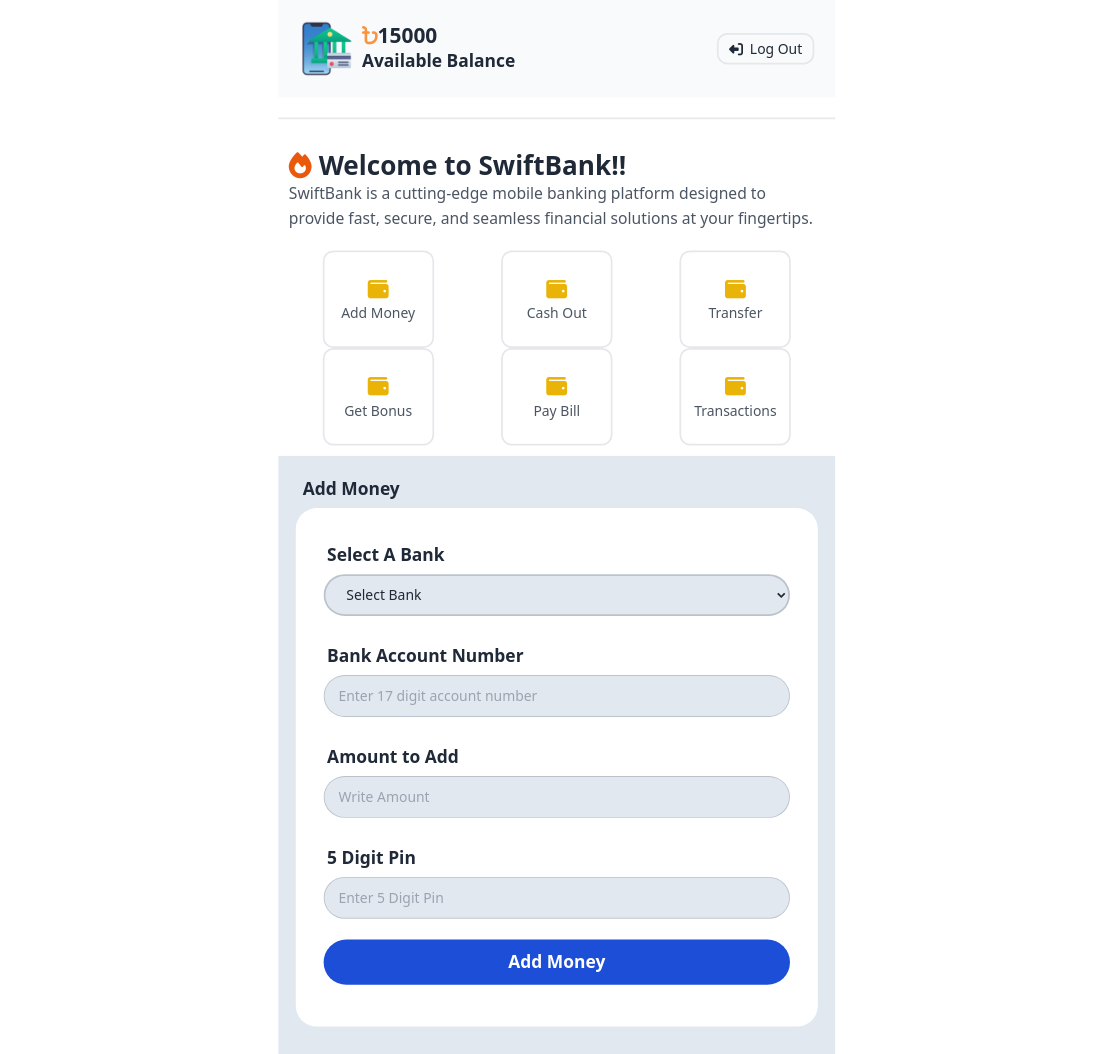
Repository: mukaddam-coder/swift-bank-mobile-banking
Page: home.html
An editor plug-in stored every save of this project. The page is shown before and after the next save, followed by the edit.
The browser window is 1280 px wide. The pictures show the whole page, at 87% of full size.
Some web libraries are served in a nearby version.

Above is the page before, as saved 2024-12-16 21:20:43.

### home.html
<!DOCTYPE html>
<html lang="en">
<head>
    <meta charset="UTF-8">
    <meta name="viewport" content="width=device-width, initial-scale=1.0">
    <title>SwiftBank</title>
    <!-- Fontawesome CDN -->
    <script src="https://kit.fontawesome.com/c4e7b2ed2f.js" crossorigin="anonymous"></script>
    <!-- Google Fonts -->
    <link rel="preconnect" href="https://fonts.googleapis.com">
    <link rel="preconnect" href="https://fonts.gstatic.com" crossorigin>
    <link href="https://fonts.googleapis.com/css2?family=Montserrat:ital,wght@0,100..900;1,100..900&display=swap" rel="stylesheet">
    <!-- Tailwind + DaisyUi CDN -->
    <link href="https://cdn.jsdelivr.net/npm/daisyui@4.12.19/dist/full.min.css" rel="stylesheet" type="text/css" />
    <script src="https://cdn.tailwindcss.com"></script>

</head>
<body>

<main>
  <div class="w-1/2 mx-auto p-6 bg-slate-50 h-full flex justify-between items-center">
    <div class="flex gap-2">
        <!-- Logo -->
    <div>
    <img class="w-16 h-16" src="images/mobile-banking.png">
    </div>
    <div>
   <h2 class="text-2xl font-bold" id="main-balance">
   <i class="fa-solid fa-bangladeshi-taka-sign text-orange-400"></i>15000</h2>
   <p class="font-semibold text-xl">Available Balance</p>
</div>
</div>
<div>
<button class="border-2 w-28 px-1 py-1 rounded-xl"> <i class="fa-solid fa-right-from-bracket rotate-180 mr-2"></i>Log Out</button>
</div>
        </div>
    <div class="divider w-1/2 mx-auto"></div>
    <!-- Greetings Section -->
        <section class="w-1/2 mx-auto p-3">
            <h1 class="font-bold text-3xl"><i class="fa-solid fa-fire text-orange-600 text-3xl mr-2"></i>Welcome to SwiftBank!!</h1>
            <p class="text-gray-600 text-lg">
                SwiftBank is a cutting-edge mobile banking platform designed to provide fast, secure, and seamless financial solutions at your fingertips.
            </p>
        </section>
     <!-- User Actionable Dashboard -->

     <section class="w-1/2 mx-auto">
        <div class="grid grid-cols-3 p-3 text-center">
          <div class=>
            <button id="show-add-money-section" class="border-2 w-32 h-28 rounded-xl bg-white text-gray-600">
            <p>
              <i class="fa-solid fa-wallet text-yellow-500 text-2xl"></i>
            </p>
            Add Money
           </button>
        </div>
          <div class>
             <button id="show-cash-out-section" class="border-2 w-32 h-28 rounded-xl bg-white text-gray-600">
              <p><i class="fa-solid fa-wallet text-yellow-500 text-2xl"></i></p>
                Cash Out
              </button>
            </div>
          <div>
          <button id="show-money-transfer-section" class="border-2 w-32 h-28 rounded-xl bg-white text-gray-600">
              <p><i class="fa-solid fa-wallet text-2xl text-yellow-500"></i></p>
                Transfer
              </button>
            </div>
          <div class="">
        <button id="show-get-bonus-section" class="border-2 w-32 h-28 rounded-xl bg-white text-gray-600">
            <p><i class="fa-solid fa-wallet text-2xl text-yellow-500"></i></p>
                Get Bonus
            </button>
          </div>
        <div class="">
          <button id="show-pay-bill-section" class="border-2 w-32 h-28 rounded-xl bg-white text-gray-600">
              <p><i class="fa-solid fa-wallet text-2xl text-yellow-500"></i></p>
                      Pay Bill
            </button>
          </div>
        <div class="">
          <button id="show-transaction-history" class="border-2 w-32 h-28 rounded-xl bg-white text-gray-600">
              <p><i class="fa-solid fa-wallet text-2xl text-yellow-500"></i></p>
                      Transactions
              </button>
            </div>

        </div>
      </section>
      <!-- Add Money Section Start -->
      <section id ="add-money-section" class="w-1/2 mx-auto px-5 py-4 bg-slate-200">
        <h2 class="p-2 font-bold text-xl">Add Money</h2>
        <form class="card-body bg-white rounded-3xl">
            <div class="form-control mb-4">
              <label class="label">
                <span class="label-text font-semibold text-xl">Select A Bank</span>
              </label>
              <select id="bank"  class="input-bordered rounded-full bg-slate-200 h-12 px-5 border-2">
                <option value="Select Bank">Select Bank</option>
                <option value="AB Bank PLC">AB Bank PLC</option>
                <option value="Bangladesh Commerce Bank Limited">Bangladesh Commerce Bank Limited</option>
                <option value="Islami Bank Bangladesh PLC">Islami Bank Bangladesh PLC</option>
                <option value="Dutch-Bangla Bank PLC">Dutch-Bangla Bank PLC</option>
                <option value="Jamuna Bank Limited">Jamuna Bank Limited</option>
                <option value="Trust Bank PLC">Trust Bank PLC</option>
              </select>
              </div>
            <div class="form-control mb-4">
              <label class="label">
                <span class="label-text font-semibold text-xl">Bank Account Number</span>
              </label>
              <input id="input-bank-account-field" type="text" placeholder="Enter 17 digit account number" class="input input-bordered rounded-full bg-slate-200" required />
            </div>
            <div class="form-control mb-4">
              <label class="label">
                <span class="label-text font-semibold text-xl">Amount to Add</span>
              </label>
              <input id="input-amount-field" type="text" placeholder="Write Amount" class="input input-bordered rounded-full bg-slate-200" required />
              </div>
            <div class="form-control mb-4">
              <label class="label">
                <span class="label-text font-semibold text-xl">5 Digit Pin</span>
              </label>
              <input id="input-add-money-pin-number" type="password" placeholder="Enter 5 Digit Pin" class="input input-bordered rounded-full bg-slate-200" required />
              </div>
            <div class="form-control mb-4">
              <button id="btn-add-money" class="bg-blue-700 font-bold text-xl text-white p-3 rounded-full">Add Money</button>
            </div>
          </form>
          <!-- Result Message -->
        <p id="result-message" class="text-center font-bold text-lg mt-4"></p>
      </section>
      <!-- Add Money Section End -->

      <!-- Cash Out Section Start -->
      <section id ="cash-out-section" class="hidden w-1/2 mx-auto px-5 py-4 bg-slate-200">
        <h2 class="p-2 font-bold text-xl">Cash Out</h2>
        <form class="card-body bg-white rounded-3xl">
            <div class="form-control mb-4">
              <label class="label">
                <span class="label-text font-semibold text-xl">Agent Number</span>
              </label>
              <input type="number" id="input-cash-out-phone" placeholder="Enter 11 digit number" class="input input-bordered rounded-full bg-slate-200" maxlength="11" required >
              </div>
             <div class="form-control mb-4">
              <label class="label">
                <span class="label-text font-semibold text-xl">Withdrawal Amount</span>
              </label>
              <input id="input-cash-out-field" type="text" placeholder="Write Amount" class="input input-bordered rounded-full bg-slate-200" required />
            </div>
            <div class="form-control mb-4">
              <label class="label">
                <span class="label-text font-semibold text-xl">5 Digit Pin</span>
              </label>
              <input id="input-cash-out-pin-number" type="password" placeholder="Enter 5 Digit Pin" class="input input-bordered rounded-full bg-slate-200" required />
              </div>
          <div class="form-control mb-4">
              <button id="btn-cash-out" class="bg-blue-700 font-bold text-xl text-white p-3 rounded-full">Cash Out</button>
            </div>
          </form>
      </section>
     <!-- Cash Out Section End -->

     <!-- Money Transfer Section Start -->
     <section id ="money-transfer-section" class="hidden w-1/2 mx-auto px-5 py-4 bg-slate-200">
      <h2 class="p-2 font-bold text-xl">Money Transfer</h2>
      <form class="card-body bg-white rounded-3xl">
          <div class="form-control mb-4">
            <label class="label">
              <span class="label-text font-semibold text-xl">User Account Number</span>
            </label>
            <input type="number" id="input-money-transfer-number" placeholder="Enter 11 digit number" class="input input-bordered rounded-full bg-slate-200" maxlength="11" required >
            </div>
           <div class="form-control mb-4">
            <label class="label">
              <span class="label-text font-semibold text-xl">Amount</span>
            </label>
            <input id="input-money-transfer-amount" type="text" placeholder="Enter Amount to transfer" class="input input-bordered rounded-full bg-slate-200" required />
          </div>
          <div class="form-control mb-4">
            <label class="label">
              <span class="label-text font-semibold text-xl">5 Digit Pin</span>
            </label>
            <input id="input-money-transfer-pin" type="password" placeholder="Enter 5 Digit Pin" class="input input-bordered rounded-full bg-slate-200" required />
            </div>
           <div class="form-control mb-4">
            <button id="btn-money-transfer" class="bg-blue-700 font-bold text-xl text-white p-3 rounded-full">Send Now</button>
          </div>
        </form>
    </section>
     <!-- Money Transfer Section End -->

     <!-- Get Bonus Section Start -->
     <section id ="get-bonus-section" class="hidden w-1/2 mx-auto px-5 py-4 bg-slate-200">
      <h2 class="p-2 font-bold text-xl">Get Bonus</h2>
      <form class="card-body bg-white rounded-3xl">
          <div class="form-control mb-4">
            <label class="label">
              <span class="label-text font-semibold text-xl">Bonus Coupon</span>
            </label>
            <input type="text" id="input-bonus-coupon" placeholder="Enter coupon code" class="input input-bordered rounded-full bg-slate-200" maxlength="11" required >
            </div>

           <div class="form-control mb-4">
            <button id="btn-get-bonus" class="bg-blue-700 font-bold text-xl text-white p-3 rounded-full">Get Bonus</button>
          </div>
        </form>
    </section>
     <!-- Get Bonus Section End -->

     <!-- Pay Bill Section Start -->
     <section id ="pay-bill-section" class="hidden w-1/2 mx-auto px-5 py-4 bg-slate-200">
      <h2 class="p-2 font-bold text-xl">Pay Bill</h2>
      <form class="card-body bg-white rounded-3xl">
          <div class="form-control mb-4">
            <label class="label">
              <span class="label-text font-semibold text-xl">Select to Pay</span>
            </label>
            <select id="payment-list"  class="input-bordered rounded-full bg-slate-200 h-12 px-5 border-2">
              <option value="Select option">Select Payment Option</option>
              <option value="Electricity Bill">Electricity Bill</option>
              <option value="Gas Bill">Gas Bill</option>
              <option value="Water Bill">Water Bill</option>
              <option value="Internet Bill">Internet Bill</option>
              <option value="Mobile Recharge">Mobile Recharge</option>
              <option value="Tax Payments">Tax Payments</option>
              <option value="College/University Tuition Fees">College/University Tuition Fees</option>
              <option value="Bus/Train Tickets">Bus/Train Tickets</option>
              <option value="Bus/Train Tickets">Passport or Visa Fees</option>
              <option value="Credit Card Bill Payments">Credit Card Bill Payments</option>
            </select>
            </div>
           <div class="form-control mb-4">
            <label class="label">
              <span class="label-text font-semibold text-xl">Billar Account Number</span>
            </label>
            <input id="input-billar-account-number-field" type="text" placeholder="Enter account number" class="input input-bordered rounded-full bg-slate-200" required />
            </div>
          <div class="form-control mb-4">
            <label class="label">
              <span class="label-text font-semibold text-xl">Amount to Pay</span>
            </label>
            <input id="input-pay-bill-amount-field" type="number" placeholder="Write Amount" class="input input-bordered rounded-full bg-slate-200" required />
            </div>
          <div class="form-control mb-4">
            <label class="label">
              <span class="label-text font-semibold text-xl">5 Digit Pin</span>
            </label>
            <input id="input-pay-bill-pin-number" type="password" placeholder="Enter 5 Digit Pin" class="input input-bordered rounded-full bg-slate-200" required />
            </div>
          <div class="form-control mb-4">
            <button id="btn-pay-bill" class="bg-blue-700 font-bold text-xl text-white p-3 rounded-full">Pay Now</button>
          </div>
        </form>
        <!-- Result Message -->
        <p id="result-message" class="text-center font-bold text-lg mt-4"></p>
    </section>
     <!-- Pay Bill Section End -->

     <!-- Transaction History Start -->
     <section id ="transaction-history-section" class="hidden w-1/2 mx-auto px-5 py-4 bg-slate-200">
      <div class="flex justify-between items-center">
        <h2 class="p-2 font-bold text-xl">Transaction History</h2>
        <p class="p-2">
          <a href="#">View All</a>
        </p>
      </div>

      <div id="transaction-container">

      </div>
    </section>
     <!-- Transaction History End -->
      <script src="Jscript/utilities.js"></script>
      <script src="Jscript/add-money.js"></script>
      <script src="Jscript/cash-out.js"></script>
      <script src="Jscript/features.js"></script>
      <script src="Jscript/money-transfer.js"></script>
      <script src="Jscript/bonus.js"></script>
      <script src="Jscript/pay-bill.js"></script>
       </main>

</body>
</html>

### Jscript/utilities.js
function getInputFieldValueById(id){
    const inputValue = document.getElementById(id).value;
    const inputNumber = parseFloat(inputValue);
    return inputNumber;
}


function getTextFieldValueById(id){
    const textValue = document.getElementById(id).innerText;
    const textNumber = parseFloat(textValue);
    return textNumber;
}

function showSectionById(id){
    // Hide all the section
    document.getElementById('add-money-section').classList.add('hidden');
    document.getElementById('cash-out-section').classList.add('hidden');
    document.getElementById('money-transfer-section').classList.add('hidden');
    document.getElementById('get-bonus-section').classList.add('hidden');
    document.getElementById('pay-bill-section').classList.add('hidden');
//    Show the section with the provided id
    document.getElementById(id).classList.remove('hidden');
};

### Jscript/add-money.js
document.getElementById('btn-add-money').addEventListener('click', function(event){
    event.preventDefault();
   const bankList = document.getElementById('bank').value;
   const addMoney = getInputFieldValueById('input-amount-field');
   const pinNumber = getInputFieldValueById('input-add-money-pin-number');
   const bankAccNumber = getInputFieldValueById('input-bank-account-field');
   const mainBalance = getTextFieldValueById('main-balance');


    if(isNaN(addMoney)){
        alert('Please enter a positive number to add money.');
        return;
    }

    if(addMoney <= 0 ){
        alert('Please enter a positive number to add money.')
    }

   if(pinNumber === 19945 && bankAccNumber >= 6){
        const newBalance = mainBalance + addMoney;
        document.getElementById('main-balance').innerText = newBalance;
        // Get Transaction time
        const transactionTime = new Date();
        const formattedTime = transactionTime.toLocaleString();

        // Add to transaction histoy
       const transactionDiv = document.createElement('div');
               transactionDiv.classList.add('bg-white', 'rounded-xl', 'p-4', 'mb-4');
               transactionDiv.innerHTML = `
                   <div class = "flex justify-between items-center gap-1">
                       <div class="flex w-1/3">
                       <p><i class="fa-solid fa-wallet text-2xl text-yellow-500 rounded-full bg-slate-200 px-3 py-2"></i></p>
                       <h2 class="p-1 font-bold text-xl text-center">Add Money</h2>
                       </div>
                       <div class="flex-1">
                       <p class="text-md"><span class ="font-bold text-green-600">From ${bankList}</span> BDT: ${addMoney} was added to your account, and your new balance is BDT: ${newBalance}</p>
                       <p class="text-sm text-gray-500 font-bold">Transaction Time: ${formattedTime}</p>
                       </div>
                    </div>`;

               // Append transaction to the transaction history container
               document.getElementById('transaction-container').appendChild(transactionDiv);
         }

   else{
    alert('Failed to add money!Please try again.')
   }
})

### Jscript/cash-out.js
document.getElementById('btn-cash-out').addEventListener('click', function(event){
    event.preventDefault();
    const cashOut = getInputFieldValueById('input-cash-out-field');
    const cashOutPin = getInputFieldValueById('input-cash-out-pin-number');
    const agentNumber = getInputFieldValueById('input-cash-out-phone');
    const mainBalance = getTextFieldValueById('main-balance');


    if(isNaN(cashOut)){
        alert('Please enter a positive number to cash out.')
        return;
    }
    if(cashOut <= 0){
        alert('Please enter a valid amount to cash out.')
        return;
    }

    if(cashOut > mainBalance){
        alert('You do not have sufficient balance to cash out.');
        return;
    }

    if(cashOutPin === 19945 && agentNumber === 1735109219){

        const newBalance = mainBalance - cashOut;
     document.getElementById('main-balance').innerText = newBalance;

     // Get Transaction time
     const transactionTime = new Date();
     const formattedTime = transactionTime.toLocaleString();

     // Add to transaction histoy
    const transactionDiv = document.createElement('div');
            transactionDiv.classList.add('bg-white', 'rounded-xl', 'p-4', 'mb-4');
            transactionDiv.innerHTML = `
                <div class = "flex justify-between items-center gap-1">
                    <div class="flex w-1/3">
                    <p><i class="fa-solid fa-wallet text-2xl text-yellow-500 rounded-full bg-slate-200 px-3 py-2"></i></p>
                    <h2 class="p-1 font-bold text-xl text-center">Cash Out</h2>
                    </div>
                    <div class="flex-1">
                    <p class="text-md"><span class ="font-bold text-green-600">Cash out to${agentNumber}</span> BDT: ${cashOut} was successful, and your new balance is BDT: ${newBalance}.</p>
                    <p class="text-sm text-gray-500 font-bold">Transaction Time: ${formattedTime}</p>
                    </div>
                 </div>`;

            // Append transaction to the transaction history container
            document.getElementById('transaction-container').appendChild(transactionDiv);
    }
    else{
        alert('Failed to cash out! Please try again.')
    }
})

### Jscript/features.js

// The add money section will show when the add money button is clicked.
document.getElementById('show-add-money-section').addEventListener('click', function(){
    showSectionById('add-money-section');
});

// The cash-out section will show when the cash-out button is clicked.
document.getElementById('show-cash-out-section').addEventListener('click', function(){
    showSectionById('cash-out-section')
});

// The money transfer section will show when the money transfer button is clicked.

document.getElementById('show-money-transfer-section').addEventListener('click', function(){
    showSectionById('money-transfer-section');
});


document.getElementById('show-get-bonus-section').addEventListener('click', function(){
    showSectionById('get-bonus-section');
});

document.getElementById('show-pay-bill-section').addEventListener('click', function(){
    showSectionById('pay-bill-section');
});


document.getElementById('show-transaction-history').addEventListener('click', function(){
    showSectionById('transaction-history-section');
})

### Jscript/bonus.js
document.getElementById('btn-get-bonus').addEventListener('click', function(event){
    event.preventDefault();
    const getBonusInput = document.getElementById('input-bonus-coupon').value.trim();
    const mainBalanceText = document.getElementById('main-balance').innerText;
    const mainBalance = parseFloat(mainBalanceText);
    const couponCode = 'BONUS10';

    if(getBonusInput === couponCode){
        const bonusAmount = 100;
        const newBalance = mainBalance + bonusAmount;
        document.getElementById('main-balance').innerText = newBalance;
    }
    else{
        alert('Invalid Coupon Code! Please try again.')
    }
})

### Jscript/pay-bill.js
document.getElementById('btn-pay-bill').addEventListener('click', function(event){
         event.preventDefault();

         const paymentList = document.getElementById('payment-list').value;
         const accountNumber = getInputFieldValueById('input-billar-account-number-field');
         const payBillAmount = getInputFieldValueById('input-pay-bill-amount-field');
         const payBillPin = getInputFieldValueById('input-pay-bill-pin-number');

         const mainBalance = getTextFieldValueById('main-balance');

         if(isNaN(payBillAmount)){
            alert('Please enter a positive number.');
            return;
         }

         if(payBillAmount <= 0){
            alert('Please enter a valid amount greater than 0.');
            return;
         }

         if(payBillAmount > mainBalance){
            alert('You do not have sufficient balance to complete the payment.')
            return;
         }

         if(payBillPin === 19945 && accountNumber === 1629501006323){
            const newBalance = mainBalance - payBillAmount;
            document.getElementById('main-balance').innerText = newBalance;
               // add to transaction history
               const transactionDiv = document.createElement('div');
               transactionDiv.classList.add('bg-white', 'rounded-xl', 'p-4', 'mb-4');
               transactionDiv.innerHTML = `
                   <div class = "flex items-center gap-2">
                       <p><i class="fa-solid fa-wallet text-2xl text-yellow-500 rounded-full bg-slate-200 px-3 py-2"></i></p>
                       <h2 class="p-2 font-bold text-lg">${paymentList}</h2>
                       <p class="text-md">BDT ${payBillAmount} paid for ${paymentList}</p>
                       <p class="text-sm text-gray-600">Payment successful! Remaining Balance: BDT ${newBalance}</p>
                   </div>`;

               // Append transaction to the transaction history container
               document.getElementById('transaction-container').appendChild(transactionDiv);
         }

         else{
            alert('Invalid PIN or Account Number! Please try again.')
         }
})

Loaded but not shown: Jscript/money-transfer.js (54 lines, source omitted)

After the next save:
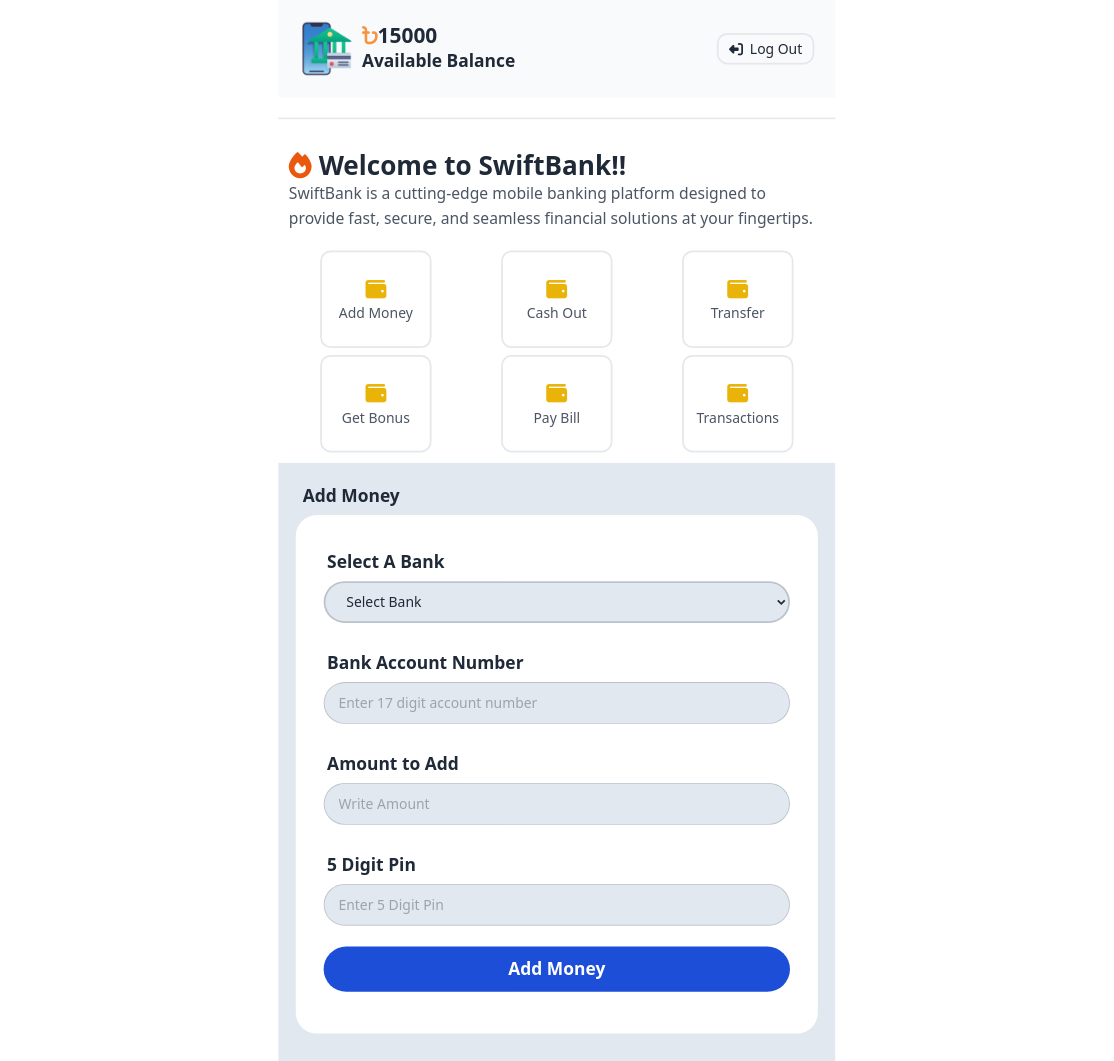
Saved 59 s later.
--- a/home.html
+++ b/home.html
@@ -45,7 +45,7 @@
      <!-- User Actionable Dashboard -->
 
      <section class="w-1/2 mx-auto">
-        <div class="grid grid-cols-3 p-3 text-center">
+        <div class="grid grid-cols-3 p-3 text-center gap-2">
           <div class=>
             <button id="show-add-money-section" class="border-2 w-32 h-28 rounded-xl bg-white text-gray-600">
             <p>
